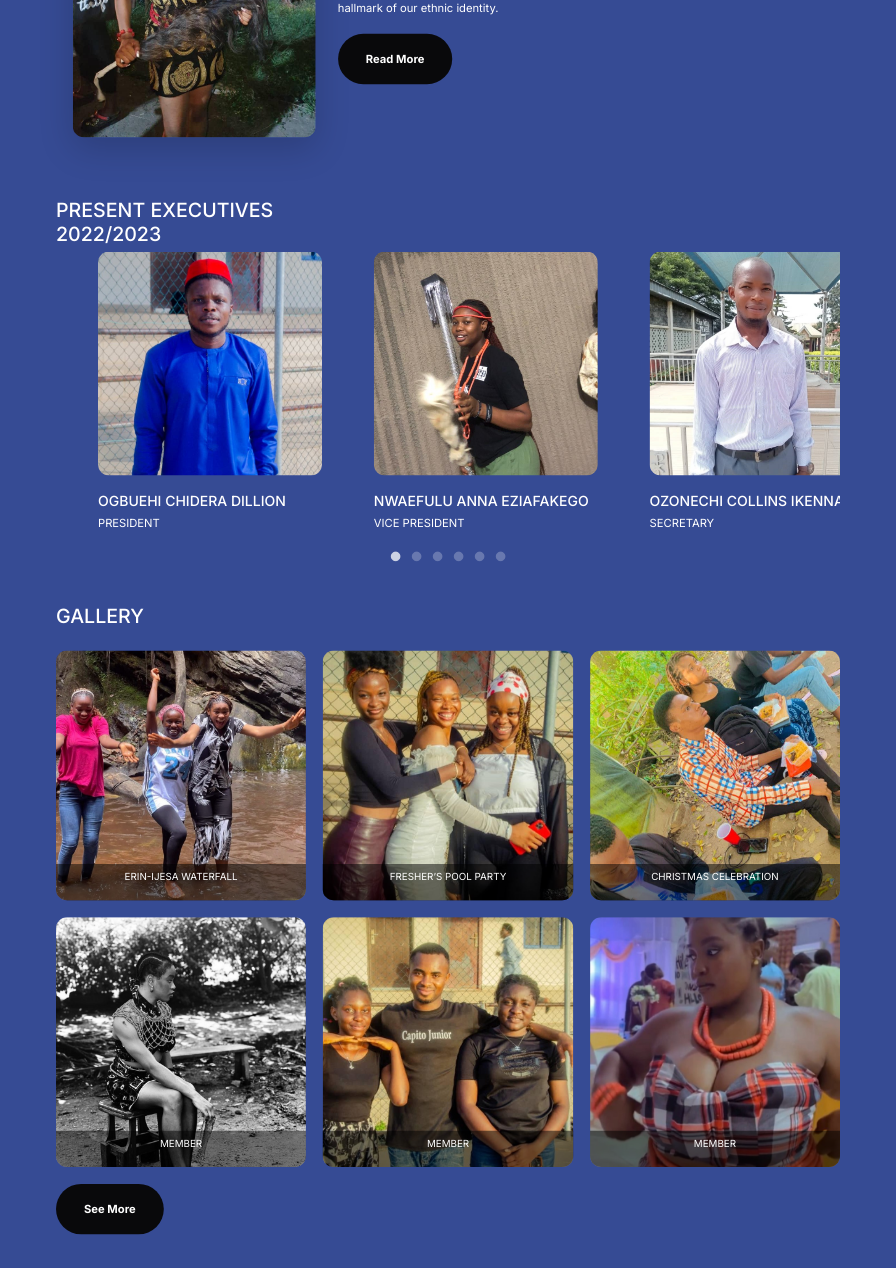
Repository: akinolapo/fis
Page: /
These files come from the project's save history. The page is drawn as it stood at one moment and after a run of saves; the edit follows.
The browser window is 1280 px wide. The pictures show the part of the page from y = 1395 to 3315 px (the page is 3207 px tall before and 3315 px after), at 70% of full size.
The project was rebuilt for these pictures with package versions that can differ from the ones it lists, and the page was loaded fresh each time. The framework's server and built-in components were replaced by stand-ins that run in the browser. Also part of the build but not shown: next.config.mjs.

Above is the page before, as saved 2024-05-06 13:00:14.

After the next 3 saves:
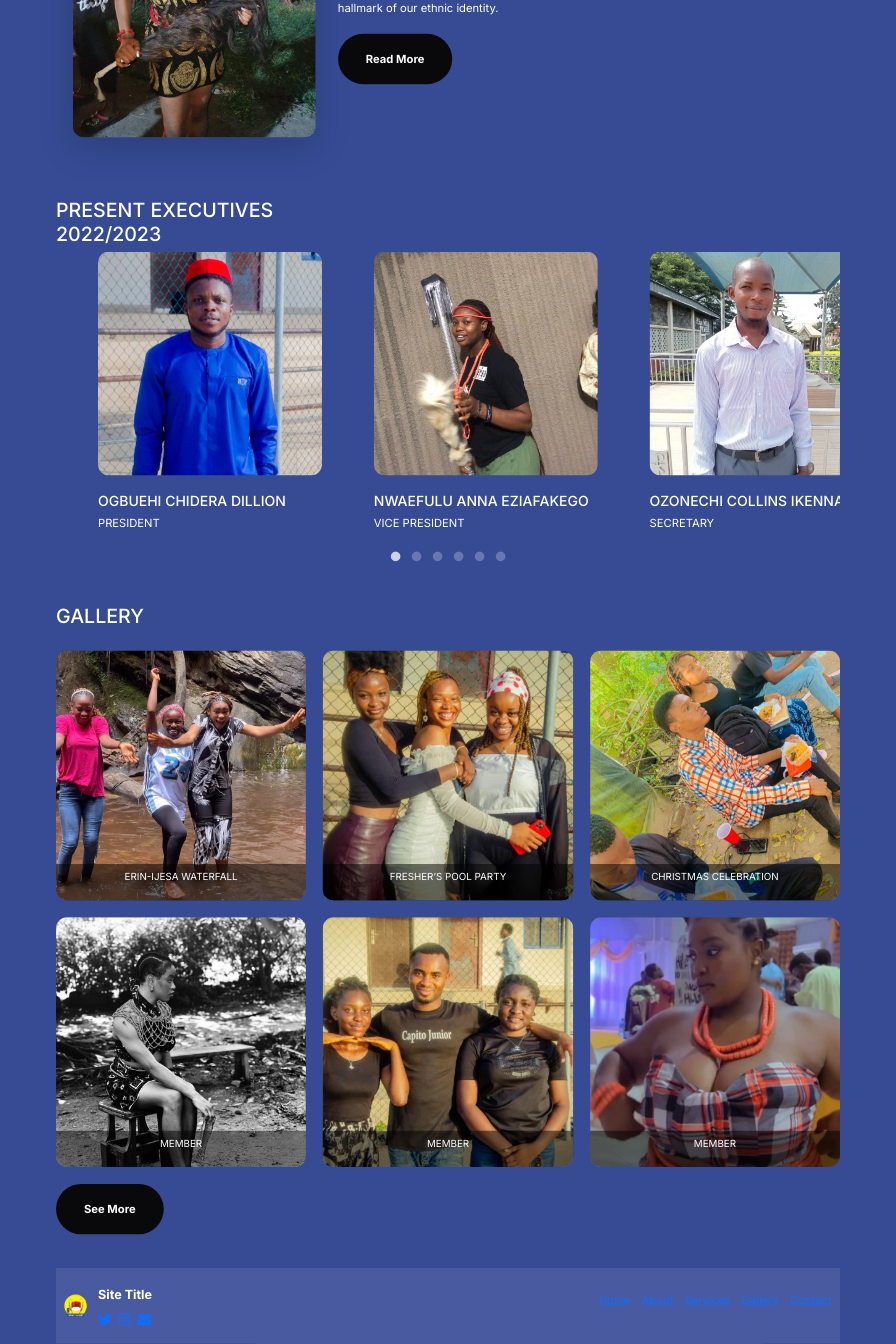
The 3 saves are shown as one change because 2 did not build or start.
The last was saved 4 min 16 s later.
--- a/app/layout.tsx
+++ b/app/layout.tsx
@@ -3,6 +3,7 @@ import { Inter } from "next/font/google";
 import "./globals.css";
 import Header from "./components/Header/Header";
 import Head from "next/head";
+import Footer from "./components/Footer/Footer";
 
 
 
@@ -32,6 +33,7 @@ export default function RootLayout({
         <main className="px-6 lg:px-20">
         <Header/>
         {children}
+        <Footer/>
         </main>
         </body>
     </html>
